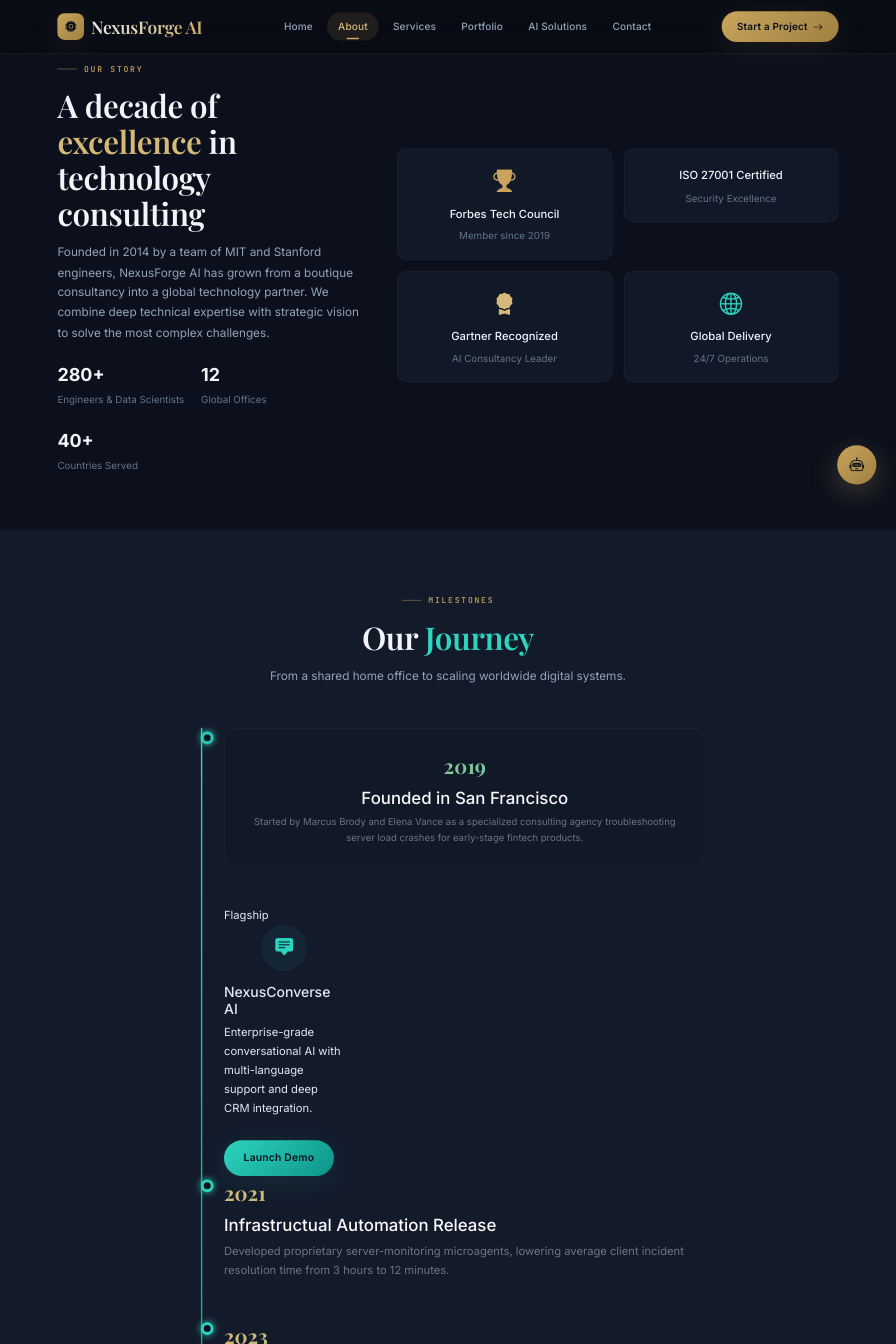
Repository: ruzni-dev/project-showcase
Page: pages/52-IT-Solutions-Website/pages/about.html
An editor plug-in stored every save of this project. The page is shown before and after the next save, followed by the edit.
The browser window is 1280 px wide. The pictures show the part of the page from y = 0 to 1920 px (the page is 3655 px tall), at 70% of full size.
Some web fonts or font styles are not loaded; a fallback is used.

Above is the page before, as saved 2026-05-24 22:12:38.

After the next save:
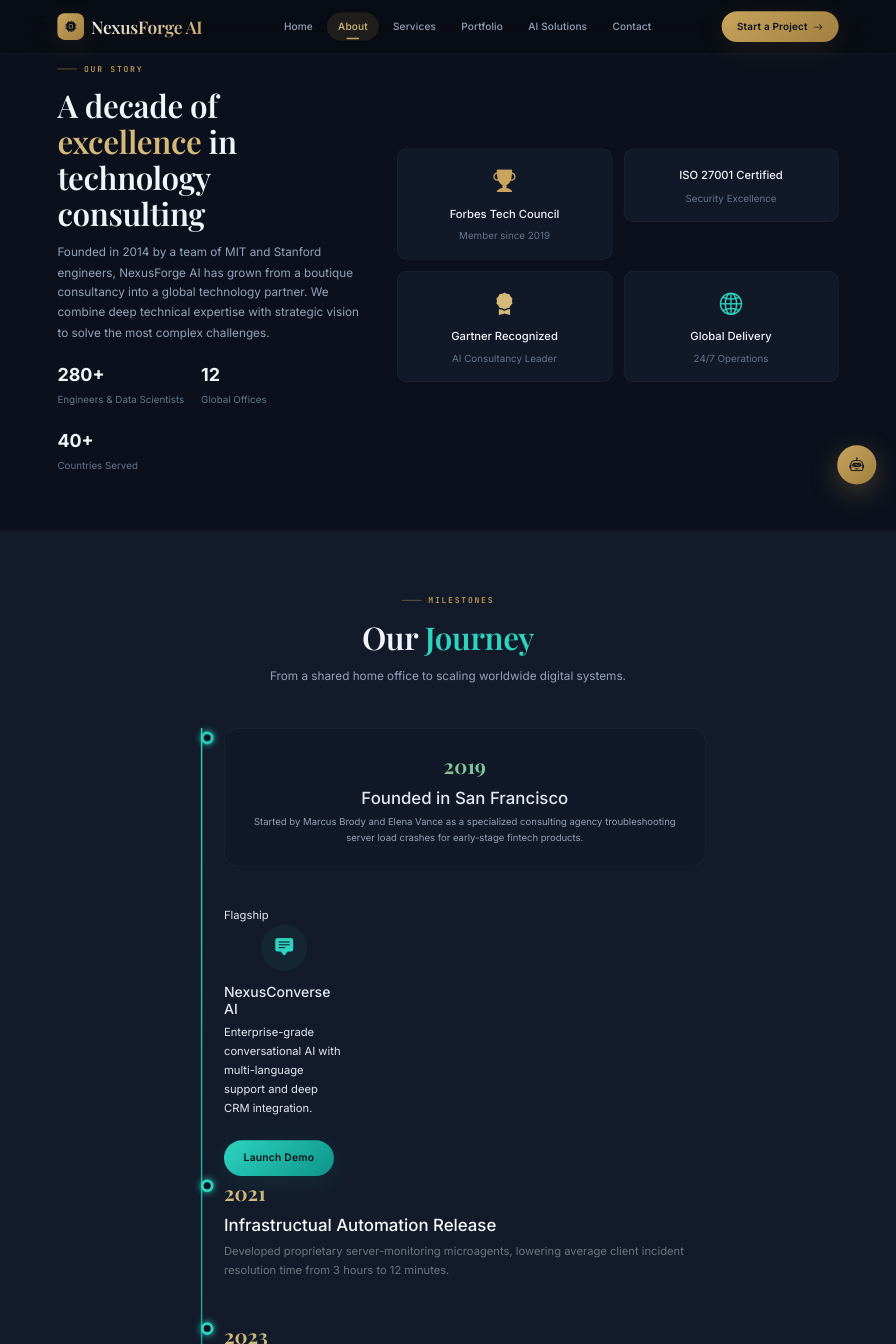
Saved 43 s later.
--- a/pages/52-IT-Solutions-Website/pages/about.html
+++ b/pages/52-IT-Solutions-Website/pages/about.html
@@ -111,8 +111,8 @@
                             <div class="timeline-dot"></div>
                             <div class="ai-tool-card-premium">
                                 <div class="timeline-year">2019</div>
-                                <h4 class="text-light">Founded in San Francisco</h4>
-                                <p class="text-secondary">
+                                <h4>Founded in San Francisco</h4>
+                                <p>
                                     Started by Marcus Brody and Elena Vance as a specialized consulting agency troubleshooting server load crashes for early-stage fintech products.
                                 </p>
                             </div>
